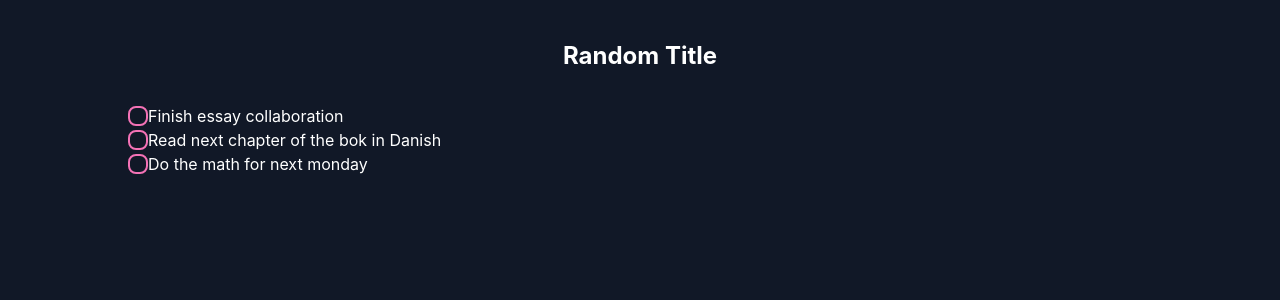
Repository: VachArt/react-exam-work
Page: /about
An editor plug-in stored every save of this project. The page is shown before and after the next save, followed by the edit.
The browser window is 1280 px wide. The pictures show the whole page.
The project was rebuilt for these pictures with package versions that can differ from the ones it lists, and the page was loaded fresh each time.

Above is the page before, as saved 2022-04-27 19:26:52.

### src/index.jsx
import React from 'react'
import ReactDOM from 'react-dom'
import './index.css'
import Home from './components/pages/Home/Home'
import Layout from './components/layout/Layout'


ReactDOM.render(
  <React.StrictMode>
    <Layout>
      <Home />
    </Layout>
  </React.StrictMode>,
  document.getElementById('root')
)

### src/components/pages/Home/Home.jsx
import React from 'react'
import TodoItem from './item/TodoItem'

const todo = [
    {
        _id: "efnejhj",
        title: "Finish essay collaboration",
        isCompleted: false,
    },
    {
        _id: "efnejhrrrr",
        title: "Read next chapter of the bok in Danish",
        isCompleted: false,
    },
    {
        _id: "efnejhj2323",
        title: "Do the math for next monday",
        isCompleted: false,
    }
]

const Home = () => {
    return (
        <div className='text-white w-4/5 mx-auto'>
            <h1 className='text-2xl font-bold text-center mb-8'>Random Title</h1>
            {todo.map(todo => (
                <TodoItem key={todo._id} todo={todo} />
            ))}
        </div>
    )
}

export default Home

### src/components/layout/Layout.jsx
import React from 'react'

const Layout = ({ children }) => {
    return <div className='py-10 bg-gray-900 h-screen'>{children}</div>
}

export default Layout

### src/components/pages/Home/item/TodoItem.jsx
import React from 'react'
import Check from './Check'

const TodoItem = ({todo}) => {
    return (
        <div className='flex items-center'>
            <Check />
            {todo.title}
        </div>
    )
}



export default TodoItem

### src/components/pages/Home/item/Check.jsx
import React from 'react'
import {BsCheck} from 'react-icons/bs'


const Check = ({isComleted}) => {
    return (
        <div className='border-2 rounded-lg border-pink-400 w-5 h-5'>
            {isComleted &&
            <BsCheck size={24} className='text-gray-900'/>
            }
        </div>
    )
}

export default Check

Loaded but not shown: public/index.html (common file); src/index.css (common file); tailwind.config.js (common file)

After the next save:
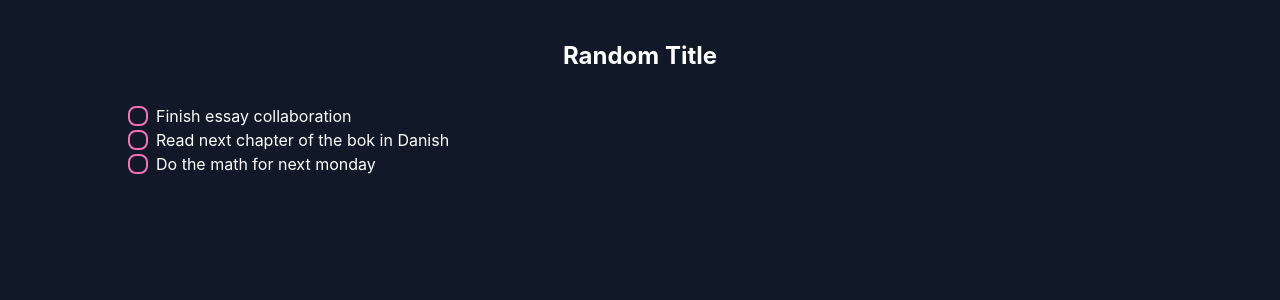
Saved 40 s later.
--- a/src/components/pages/Home/item/Check.jsx
+++ b/src/components/pages/Home/item/Check.jsx
@@ -4,7 +4,7 @@ import {BsCheck} from 'react-icons/bs'
 
 const Check = ({isComleted}) => {
     return (
-        <div className='border-2 rounded-lg border-pink-400 w-5 h-5'>
+        <div className='border-2 rounded-lg border-pink-400 w-5 h-5 mr-2'>
             {isComleted &&
             <BsCheck size={24} className='text-gray-900'/>
             }
